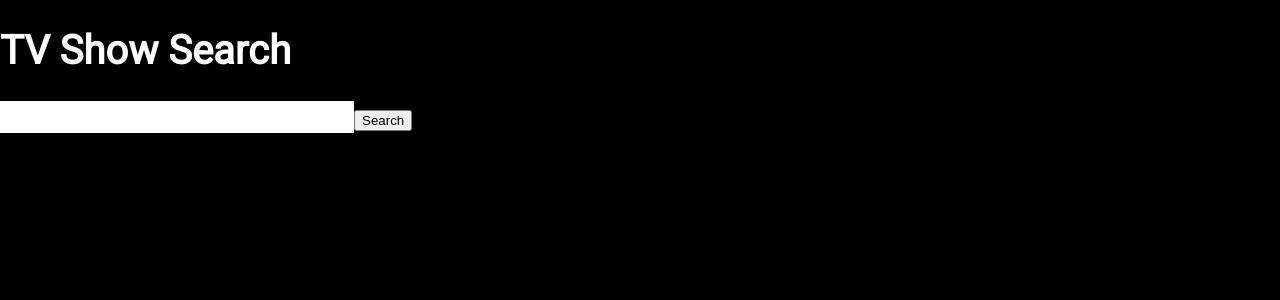
Repository: shayanabedi98/tv-search-react
Page: /
An editor plug-in stored every save of this project. The page is shown before and after the next save, followed by the edit.
The browser window is 1280 px wide. The pictures show the whole page.
The first visible `.search input` has the focus.
The project was rebuilt for these pictures with package versions that can differ from the ones it lists, and the page was loaded fresh each time. Also part of the build but not shown: vite.config.js.

Above is the page before, as saved 2024-01-02 02:26:05.

After the next save:
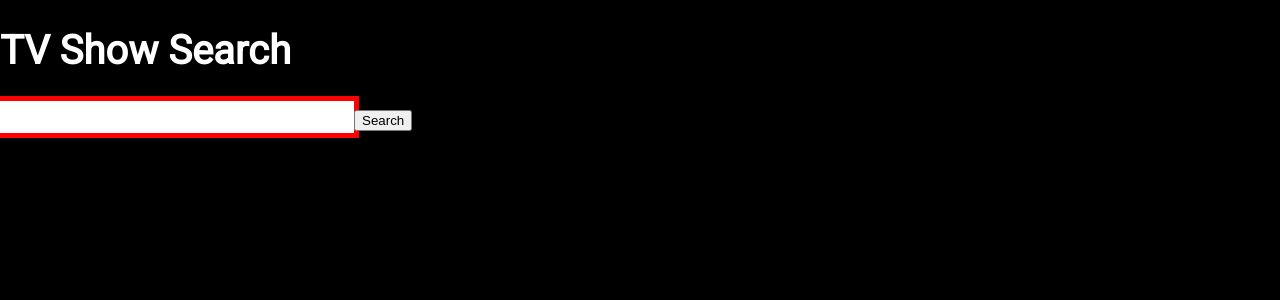
Saved 5 s later.
--- a/src/index.css
+++ b/src/index.css
@@ -21,5 +21,5 @@ body {
 }
 
 .search input:focus {
-  outline: 5px red;
+  outline: 5px red solid;
 }
